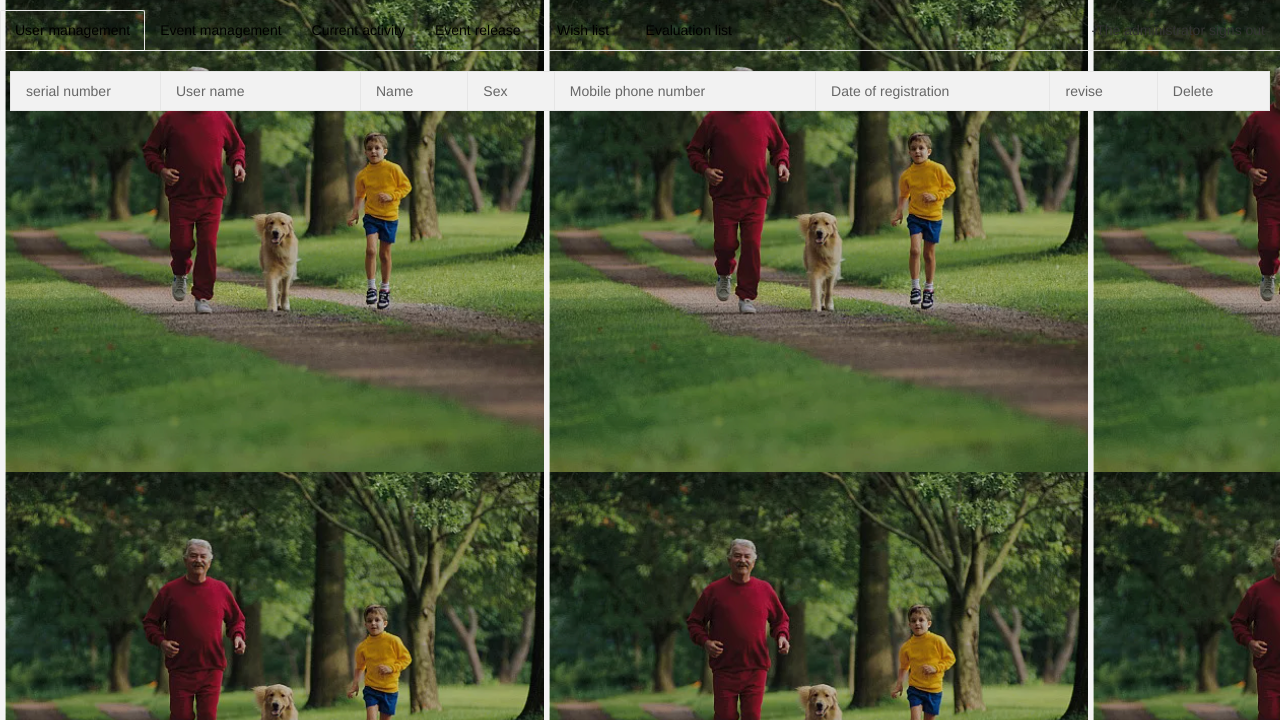
Repository: Zhnpitt/TOPY
Page: http://localhost/newtest/adminPage.jsp
These files come from the project's save history. The page is drawn as it stood at one moment and after the next save; the edit follows.
The browser window is 1280 px wide. The pictures show the whole page.
The page is served by Tomcat 9. Other server files are loaded and not shown. Queries for data that is not in the repository find no rows.

Above is the page before, as saved 2022-12-06 23:44:50.

### TOPY/newtest/WebContent/adminPage.jsp
<%@ page language="java" contentType="text/html; charset=UTF-8"
	pageEncoding="UTF-8"%>
<%@ page
	import="activityManagement.userModular.dao.UserDao,activityManagement.activityModular.dao.ActivityDao,activityManagement.activityModular.entity.Yuanwang,
activityManagement.activityModular.entity.Activity,activityManagement.userModular.entity.User, activityManagement.userModular.dao.YuanwangDao,
java.util.List,java.text.DateFormat,java.text.SimpleDateFormat,activityManagement.activityModular.entity.Defen,activityManagement.activityModular.dao.DefenDao"%>
<!DOCTYPE html>
<html>
<head>
<meta charset="utf-8">
<meta name="viewport" content="width=device-width, initial-scale=1">
<title>TOPY for Senior</title>
<link rel="stylesheet" href="layui/css/layui.css">

</head>
<%
	DateFormat df = new SimpleDateFormat("yyyy / MM / dd ");
%>
<body  background ="layui/img/img-04.png" >
	<script src="layui/layui.js"></script>
	<div class="layui-tab">
		<ul class="layui-tab-title">
			<li class="layui-this">User management</li>
			<li>Event management</li>
			<li>Current activity</li>
			<li>Event release</li>
			<li>Wish list</li>
			<li>Evaluation list</li>
			<li class="layui-nav-item layui-layout-right"><a
				href="${pageContext.request.contextPath}/logout">${sessionScope.loginUser.userName}-The administrator signs out</a></li>
		</ul>
		<div class="layui-tab-content">
			<div class="layui-tab-item layui-show">

				<table class="layui-table">
					<colgroup>
						<col width="150">
						<col width="200">
						<col>
					</colgroup>
					<thead>
						<tr>
							<th>serial number</th>
							<th>User name</th>
							<th>Name</th>
							<th>Sex</th>
							<th>Mobile phone number</th>
							<th>Date of registration</th>
							<th>revise</th>
							<th>Delete</th>
						</tr>
					</thead>
					<tbody>
						<%
							UserDao userDao = new UserDao();
							List<User> userList = userDao.queryAllList();
							for (int i = 0; i < userList.size(); i++) {
								User user = userList.get(i);
						%>
						<tr>
							<td><%=i + 1%></td>
							<td><%=user.getUserName()%></td>
							<td><%=user.getNickname()%></td>
							<td>
								<%
									if (user.getSex() != null) {
								%><%=user.getSex().equals("M") ? "M" : "F"%> <%
 	}
 %>
							</td>

							<td><%=user.getPhoneNum()%></td>
							<td>
								<%
									if (user.getRegisterDate() != null) {
								%><%=df.format(user.getRegisterDate())%> <%
 	}
 %>
							</td>
							<td><a
								href="${pageContext.request.contextPath}/userEdit.jsp?userId=<%=user.getId() %>"
								class="layui-btn layui-btn-sm layui-btn-radius">revise</a>
							<td><a
								href="${pageContext.request.contextPath}/deletUser?userId=<%=user.getId() %>"
								class="layui-btn layui-btn-sm layui-btn-radius">Delete</a></td>
							</td>
						</tr>
						<%
							}
						%>
					</tbody>
				</table>

			</div>

			<div class="layui-tab-item">
				<table class="layui-table">
					<colgroup>
						<col width="150">
						<col width="200">
						<col>
					</colgroup>
					<thead>
						<tr>
							<th>serial number</th>
							<th>Activity name</th>
							<th>Organizer</th>
							<th>Event participants</th>
							<th>Registration start time</th>
							<th>Registration close time</th>
							<th>The event start time</th>
							<th>The event end time</th>
							<th>Number of event registrations</th>
							<th>revise</th>
							<th>Delete</th>
						</tr>
					</thead>
					<tbody>


						<%
							ActivityDao activityDao = new ActivityDao();
							List<Activity> actList = activityDao.queryAllList();
							for (int i = 0; i < actList.size(); i++) {
								Activity act = actList.get(i);
						%>
						<tr>
							<td><%=i + 1%></td>
							<td><%=act.getActName()%></td>
							<td><%=act.getSponsor()%></td>
							<td><%=act.getCoOrganizer()%></td>
							<td><%=act.getSignUpStartDate() == null ? "" : df.format(act.getSignUpStartDate())%></td>
							<td><%=act.getSignUpEndDate() == null ? "" : df.format(act.getSignUpEndDate())%></td>
							<td><%=act.getActStartDate() == null ? "" : df.format(act.getActStartDate())%></td>
							<td><%=act.getActEndDate() == null ? "" : df.format(act.getActEndDate())%></td>
							<td align="center"> <a style="color:red"
								href="signUpDetail.jsp?id=<%=act.getId()%>"><%=activityDao.getSingUpNum(act.getId())%></a>
							</td>
							<td><a
								href="${pageContext.request.contextPath}/activityEdit.jsp?id=<%=act.getId()%>"
								class="layui-btn layui-btn-sm layui-btn-radius">revise</a>
							<td><a
								href="${pageContext.request.contextPath}/deletActivity?actId=<%=act.getId()%>"
								class="layui-btn layui-btn-sm layui-btn-radius">Delete</a></td>
							</td>
						</tr>
						<%
							}
						%>
					</tbody>
				</table>

			</div>
			<div class="layui-tab-item">
							<table>

							<%
									for (int i = 0; i < actList.size(); i++) {
											Activity act = actList.get(i);
								%>

					<tr>
						<td><img src="" width="0">&nbsp;&nbsp;</td>
						<td><%=act.getActName()%><br /> Organizer：<%=act.getSponsor()%><br />
							Event participants：<%=act.getCoOrganizer()%><br /> Registration Time ： <%=act.getSignUpStartDate() == null ? "" : df.format(act.getSignUpStartDate())%>&nbsp;—&nbsp;
							<%=act.getSignUpEndDate() == null ? "" : df.format(act.getSignUpEndDate())%><br />
							Event Time ： <%=act.getActStartDate() == null ? "" : df.format(act.getActStartDate())%>&nbsp;—&nbsp;
							<%=act.getActEndDate() == null ? "" : df.format(act.getActEndDate())%><br />
							<br /> <a
							href="${pageContext.request.contextPath}/activityDetail.jsp?id=<%=act.getId()%>"
							class="layui-btn layui-btn-sm layui-btn-radius">Event details</a><br />
						<br /></td>
					</tr>
					<tr>
						<td colspan="2"></td>
					</tr>
					<%
									}
								%>

				</table>

			</div>

			<div class="layui-tab-item">
				<%
					String actId = request.getParameter("id");
					Activity act = null;
					if (actId == null) {
						act = new Activity();
					} else {
						ActivityDao newActivityDao = new ActivityDao();
						act = activityDao.queryById(Integer.parseInt(actId));
					}
				%>

				<form class="layui-form" id="actForm"
					action="<%=request.getContextPath()%>/activityEdit" method="post"
					enctype="multipart/form-data">
					<input type="hidden" id="actId" name="actId" class="layui-input"
						value="<%=act.getId() != null ? act.getId() : ""%>" />


					<div class="layui-form-item">
						<label class="layui-form-label">Activity name</label>
						<div class="layui-input-inline">
							<input type="text"
								value="<%=act.getActName() != null ? act.getActName() : ""%>"
								name="actName" id="actName" required lay-verify="required"
								placeholder="activity name" autocomplete="off" class="layui-input">
						</div>
					</div>

					<div class="layui-form-item">
						<label class="layui-form-label">Organizer</label>
						<div class="layui-input-inline">
							<input type="text"
								value="<%=act.getSponsor() != null ? act.getSponsor() : ""%>"
								name="sponsor" id="sponsor" required lay-verify="required"
								placeholder="Organizer" autocomplete="off" class="layui-input">
						</div>
					</div>
					<div class="layui-form-item">
						<label class="layui-form-label">Number of people</label>
						<div class="layui-input-inline">
							<input type="text"
								value="10"
								name="count_tmp" id="count_tmp" required lay-verify="required"
								placeholder="Number of people" autocomplete="off" class="layui-input">
						</div>
					</div>
					<div class="layui-form-item">
						<label class="layui-form-label">Parties</label>
						<div class="layui-input-inline">
							<select name="coOrganizer">
								<option value="parent">parent</option>
								<option value="pets">pets</option>
							</select>
							<%-- <input type="text"
								value="<%=act.getCoOrganizer() != null ? act.getCoOrganizer() : ""%>"
								name="coOrganizer" id="coOrganizer" required
								lay-verify="required" placeholder="Event participants" autocomplete="off"
								class="layui-input"> --%>
						</div>
					</div>


					<div class="layui-form-item">
						<label class="layui-form-label">Registration start time</label>
						<div class="layui-input-inline">
							<input type="date"
								value="<%=act.getSignUpStartDate() != null ? df.format(act.getSignUpStartDate()) : ""%>"
								name="signUpStart" id="signUpStart" required
								lay-verify="required" autocomplete="off" class="layui-input">
						</div>
					</div>

					<div class="layui-form-item">
						<label class="layui-form-label">Registration close time</label>
						<div class="layui-input-inline">
							<input type="date"
								value="<%=act.getSignUpEndDate() != null ? df.format(act.getSignUpEndDate()) : ""%>"
								name="signUpEnd" id="signUpEnd" required lay-verify="required"
								autocomplete="off" class="layui-input">
						</div>
					</div>

					<div class="layui-form-item">
						<label class="layui-form-label">The event start time</label>
						<div class="layui-input-inline">
							<input type="date"
								value="<%=act.getActStartDate() != null ? df.format(act.getActStartDate()) : ""%>"
								name="actStart" id="actStart" required lay-verify="required"
								autocomplete="off" class="layui-input">
						</div>
					</div>

					<div class="layui-form-item">
						<label class="layui-form-label">The event end time</label>
						<div class="layui-input-inline">
							<input type="date"
								value="<%=act.getActEndDate() != null ? df.format(act.getActEndDate()) : ""%>"
								name="actEnd" id="actEnd" required lay-verify="required"
								autocomplete="off" class="layui-input">
						</div>
					</div>

					<div class="layui-form-item layui-form-text">
						<label class="layui-form-label">Event content</label>
						<div class="layui-input-block">
							<textarea name="actContent" placeholder="please write the content" class="layui-textarea"
								rows="5" form="actForm" name="actContent"></textarea>
						</div>
					</div>
					<div class="layui-form-item">
						<div class="layui-input-block">
							<button class="layui-btn" lay-submit lay-filter="formDemo">Submit</button>
							<button type="reset" class="layui-btn layui-btn-primary">Reset</button>

						</div>
					</div>
				</form>

				<script>
					//Demo
					layui.use('form', function() {
						var form = layui.form;

						//监听提交
						form.on('submit(formDemo)', function(data) {

							return;
						});
					});
				</script>
			</div>

			<div class="layui-tab-item">

				<table class="layui-table">
					<colgroup>
						<col width="150">
						<col width="200">
						<col>
					</colgroup>
					<thead>
						<tr>
							<th>serial number</th>
							<th>User type</th>
							<th>name</th>
							<th>Content</th>
						</tr>
					</thead>
					<tbody>
						<%
							YuanwangDao dao1 = new YuanwangDao();
							List<Yuanwang> userList1 = dao1.queryAllList();
							for (int i = 0; i < userList1.size(); i++) {
								System.out.print(userList1);
								Yuanwang yuanwang = userList1.get(i);
						%>
						<tr>
							<td><%=yuanwang.getSn()%></td>
							<td><%=yuanwang.getLeixing()%></td>
							<td><%=yuanwang.getName()%></td>
							<td><%=yuanwang.getContent()%></td>
						</tr>
						<%
							}
						%>
					</tbody>
				</table>

			</div>
			<div class="layui-tab-item">

				<table class="layui-table">
					<colgroup>
						<col width="150">
						<col width="200">
						<col>
					</colgroup>
					<thead>
						<tr>
							<th>Old man name</th>
							<th>The name of the activity</th>
							<th>Seniors score</th>
							<th>Activity evaluation</th>
							<th>Evaluators</th>
						</tr>
					</thead>
					<tbody>
						<%
						DefenDao dao12 = new DefenDao();
						List<Defen> deList = dao12.queryAllList();
						for (int i = 0; i < deList.size(); i++) {
							Defen act21 = deList.get(i);
					%><tr>
							<td><%=act21.getUserid()%></td>
							<td><%=act21.getActname()%></td>
							<td><%=act21.getFenshu()%></td>
							<td><%=act21.getType()%></td>
							<td><%=act21.getDafenren()%></td>
						</tr>
						<%
}
%>
					</tbody>
				</table>

			</div>

		</div>
	</div>

	<script>
		//注意：选项卡 依赖 element 模块，否则无法进行功能性操作
		layui.use('element', function() {
			var element = layui.element;

			//…
		});
	</script>
</body>
</html>

### TOPY/newtest/src/activityManagement/userModular/dao/UserDao.java
package activityManagement.userModular.dao;

import java.sql.Connection;
import java.sql.PreparedStatement;
import java.sql.ResultSet;
import java.sql.SQLException;
import java.sql.Timestamp;
import java.util.ArrayList;
import java.util.List;
import activityManagement.userModular.entity.User;
import connection.DBConnection;

public class UserDao {
	public User queryByUserId(Integer userId) {
		if (userId == null) {
			return null;
		}

		Connection conn = null;

		PreparedStatement ps = null;
		ResultSet rs = null;
		try {
			conn = DBConnection.getConnection();
			String sql = "select * from user where id = ?";
			ps = conn.prepareStatement(sql);
			ps.setInt(1, userId);
			rs = ps.executeQuery();
			if (rs.next() == false) {
				return null;
			}
			return resultSet2User(rs);

		} catch (ClassNotFoundException e) {
			e.printStackTrace();
		} catch (SQLException e) {
			e.printStackTrace();
		} finally {
			try {
				rs.close();
			} catch (SQLException e) {
				e.printStackTrace();
			}

			try {
				ps.close();
			} catch (SQLException e) {
				e.printStackTrace();
			}
		}
		return null;
	}

	public User queryByUserName(String userName) {
		if (userName == null) {
			return null;
		}
		System.out.printf(userName);
		Connection conn = null;
		PreparedStatement ps = null;
		ResultSet rs = null;
		try {
			conn = DBConnection.getConnection();
			String sql = "select * from user where user_name = ?";
			ps = conn.prepareStatement(sql);

			ps.setString(1, userName);
			rs = ps.executeQuery();
			if (rs.next() == false) {
				return null;
			}
			return resultSet2User(rs);
		} catch (ClassNotFoundException e) {
			e.printStackTrace();
		} catch (SQLException e) {
			e.printStackTrace();
		} finally {
			try {
				rs.close();
			} catch (SQLException e) {
				e.printStackTrace();
			}

			try {
				ps.close();
			} catch (SQLException e) {
				e.printStackTrace();
			}
		}

		return null;
	}

	private User resultSet2User(ResultSet rs) {
		User user = new User();
		try {
			user.setId(rs.getInt("id"));
			user.setUserName(rs.getString("user_name"));
			user.setPassword(rs.getString("password"));
			user.setNickname(rs.getString("nickname"));
			user.setRegisterDate(rs.getDate("register_date"));
			user.setSex(rs.getString("sex"));
			user.setPhoneNum(rs.getString("phone_num"));
			return user;
		} catch (SQLException e) {
			// TODO Auto-generated catch block e.printStackTrace();
		}
		return null;

	}

	public Boolean save(User user) {
		if (user == null) {
			return false;
		}

		Connection conn = null;
		PreparedStatement ps = null;
		try {
			conn = DBConnection.getConnection();
			String sql = "insert	into user(user_name,nickname,password,register_date,sex,phone_num) values(?,?,?,?,?,?)";
			ps = conn.prepareStatement(sql);
			ps.setString(1, user.getUserName());
			ps.setString(2, user.getNickname());
			ps.setString(3, user.getPassword());
			ps.setTimestamp(4, new Timestamp(user.getRegisterDate().getTime()));
			ps.setString(5, user.getSex());
			ps.setString(6, user.getPhoneNum());

			return ps.executeUpdate() > 0;
		} catch (ClassNotFoundException e) {
			e.printStackTrace();
		} catch (SQLException e) {
			e.printStackTrace();
		} finally {
			try {
				ps.close();
			} catch (SQLException e) {
				e.printStackTrace();
			}
		}

		return false;
	}

	public List<User> queryAllList() {

		Connection conn = null;
		PreparedStatement ps = null;
		ResultSet rs = null;
		try {
			conn = DBConnection.getConnection();
			String sql = "select * from user";
			ps = conn.prepareStatement(sql);
			rs = ps.executeQuery();

			User userTemp = null;
			List<User> userList = new ArrayList<User>();
			while (rs.next()) {
				userTemp = resultSet2User(rs);
				userList.add(userTemp);
			}
			return userList;

		} catch (ClassNotFoundException e) {
			e.printStackTrace();
		} catch (SQLException e) {
			e.printStackTrace();
		} finally {
			try {
				rs.close();
			} catch (SQLException e) {
				e.printStackTrace();
			}

			try {
				ps.close();
			} catch (SQLException e) {
				e.printStackTrace();
			}
		}
		return null;
	}

	public Boolean update(User user) {
		if (user == null) {
			return false;
		}

		Connection conn = null;
		PreparedStatement ps = null;

		try {

			conn = DBConnection.getConnection();
			String sql = "update	user	set user_name=?,nickname=?,password=?,sex=?,phone_num=? where id=?";
			ps = conn.prepareStatement(sql);
			ps.setString(1, user.getUserName());
			ps.setString(2, user.getNickname());
			ps.setString(3, user.getPassword());
			ps.setString(4, user.getSex());
			ps.setString(5, user.getPhoneNum());
			ps.setInt(6, user.getId());

			return ps.executeUpdate() > 0;
		} catch (ClassNotFoundException e) {
			e.printStackTrace();
		} catch (SQLException e) {
			e.printStackTrace();
		} finally {
			try {
				ps.close();
			} catch (SQLException e) {
				e.printStackTrace();
			}
		}
		return false;
	}
}

### TOPY/newtest/src/connection/DBConnection.java
package connection;
import java.sql.Connection;
import java.sql.DriverManager;
import java.sql.SQLException;

public class DBConnection {
		private static String driver = "com.mysql.cj.jdbc.Driver";
		private	static	String	url	= "jdbc:mysql://localhost:3306/activity?serverTimezone=GMT%2B8&useUnicode=true&characterEncoding=utf-8";
		private static String username = "root";
		private static String password = "Zhn122737l@";
		private static Connection conn = null;
		public static Connection getConnection() throws SQLException, ClassNotFoundException
		{
		if(conn == null || conn.isClosed()) {
			Class.forName(driver);
		conn = DriverManager.getConnection(url, username, password);
		}
		return conn;
		}
}

### TOPY/newtest/src/activityManagement/activityModular/entity/Activity.java
package activityManagement.activityModular.entity;

import java.util.Date;

public class Activity {
	private Integer id;
	private String actName;
	private String actPicture;
	private String sponsor;
	private String coOrganizer;
	private Date signUpStartDate;
	private Date signUpEndDate;
	private Date actStartDate;
	private Date actEndDate;
	private String actContent;
	String count_tmp;



	public String getCount_tmp() {
		return count_tmp;
	}

	public void setCount_tmp(String count_tmp) {
		this.count_tmp = count_tmp;
	}

	public Integer getId() {
		return id;
	}

	public void setId(Integer id) {
		this.id = id;
	}

	public String getActName() {
		return actName;
	}

	public void setActName(String actName) {
		this.actName = actName;
	}

	public String getActPicture() {
		return actPicture;
	}

	public void setActPicture(String actPicture) {
		this.actPicture = actPicture;
	}

	public String getSponsor() {
		return sponsor;
	}

	public void setSponsor(String sponsor) {
		this.sponsor = sponsor;
	}

	public String getCoOrganizer() {
		return coOrganizer;
	}

	public void setCoOrganizer(String coOrganizer) {
		this.coOrganizer = coOrganizer;
	}

	public Date getSignUpStartDate() {
		return signUpStartDate;
	}

	public void setSignUpStartDate(Date signUpStartDate) {
		this.signUpStartDate = signUpStartDate;
	}

	public Date getSignUpEndDate() {
		return signUpEndDate;
	}

	public void setSignUpEndDate(Date signUpEndDate) {
		this.signUpEndDate = signUpEndDate;
	}

	public Date getActStartDate() {
		return actStartDate;
	}

	public void setActStartDate(Date actStartDate) {
		this.actStartDate = actStartDate;
	}

	public Date getActEndDate() {
		return actEndDate;
	}

	public void setActEndDate(Date actEndDate) {
		this.actEndDate = actEndDate;
	}

	public String getActContent() {
		return actContent;
	}

	public void setActContent(String actContent) {
		this.actContent = actContent;
	}

}

### TOPY/newtest/src/activityManagement/userModular/dao/YuanwangDao.java
package activityManagement.userModular.dao;

import java.sql.Connection;
import java.sql.PreparedStatement;
import java.sql.ResultSet;
import java.sql.SQLException;
import java.util.ArrayList;
import java.util.List;

import activityManagement.activityModular.entity.Yuanwang;
import connection.DBConnection;

public class YuanwangDao {
	public List<Yuanwang> queryAllList() {
		Connection conn = null;
		PreparedStatement ps = null;
		ResultSet rs = null;
		try {
			conn = DBConnection.getConnection();
			String sql = "select * from yuanwang";
			ps = conn.prepareStatement(sql);
			rs = ps.executeQuery();

			Yuanwang temp = null;
			List<Yuanwang> actList = new ArrayList<Yuanwang>();
			while (rs.next()) {

				temp = resultSet2Activity(rs);
				actList.add(temp);
			}
			return actList;

		} catch (ClassNotFoundException e) {
			e.printStackTrace();
		} catch (SQLException e) {
			e.printStackTrace();
		} finally {
			try {
				if (rs != null) {
					rs.close();
				}
				if (ps != null) {
					ps.close();
				}
			} catch (SQLException e) {
				e.printStackTrace();
			}
		}
		return null;
	}

	private Yuanwang resultSet2Activity(ResultSet rs) {
		Yuanwang act = new Yuanwang();
		try {
			act.setSn(rs.getInt("sn"));
			act.setContent(rs.getString("content"));
			act.setLeixing(rs.getString("leixing"));
			act.setName(rs.getString("name"));

			return act;
		} catch (SQLException e) {
			e.printStackTrace();
		}
		return null;
	}

}

### TOPY/newtest/src/activityManagement/activityModular/dao/DefenDao.java
package activityManagement.activityModular.dao;

import java.sql.Connection;
import java.sql.PreparedStatement;
import java.sql.ResultSet;
import java.sql.SQLException;
import java.util.ArrayList;
import java.util.List;

import activityManagement.activityModular.entity.Activity;
import activityManagement.activityModular.entity.Defen;
import connection.DBConnection;

public class DefenDao {
	public List<Defen> queryAllList() {
			Connection conn = null;
		PreparedStatement ps = null;
		ResultSet rs = null;
		try {
			conn = DBConnection.getConnection();
			String sql = "select * from dafen";
			ps = conn.prepareStatement(sql);
			rs = ps.executeQuery();

			Defen temp = null;
			List<Defen> actList = new ArrayList<Defen>();
			while (rs.next()) {
				temp = resultSet2Activity(rs);
				actList.add(temp);
			}
			return actList;

		} catch (ClassNotFoundException e) {
			e.printStackTrace();
		} catch (SQLException e) {
			e.printStackTrace();
		} finally {
			try {
				if (rs != null) {
					rs.close();
				}
				if (ps != null) {
					ps.close();
				}
			} catch (SQLException e) {
				e.printStackTrace();
			}
		}
		return null;
	}

	private Defen resultSet2Activity(ResultSet rs) {
		Defen act = new Defen();
		try {
			act.setUserid(rs.getString("userid"));
			act.setActivity_id(rs.getString("activity_id"));
			act.setFenshu(rs.getString("fenshu"));
			act.setType(rs.getString("type"));
			act.setActname(rs.getString("actname"));
			act.setDafenren(rs.getString("dafenren"));
			return act;
		} catch (SQLException e) {
			e.printStackTrace();
		}
		return null;
	}

}

Loaded but not shown: TOPY/newtest/WebContent/layui/layui.js (library); TOPY/newtest/WebContent/layui/lay/modules/form.js (library); TOPY/newtest/WebContent/layui/lay/modules/element.js (library); TOPY/newtest/WebContent/layui/lay/modules/layer.js (library); TOPY/newtest/WebContent/layui/lay/modules/jquery.js (library); TOPY/newtest/WebContent/layui/css/modules/layer/default/layer.css (library); TOPY/newtest/WebContent/layui/css/layui.css (5273 lines, source omitted); TOPY/newtest/src/activityManagement/activityModular/dao/ActivityDao.java (552 lines, source omitted)

After the next save:
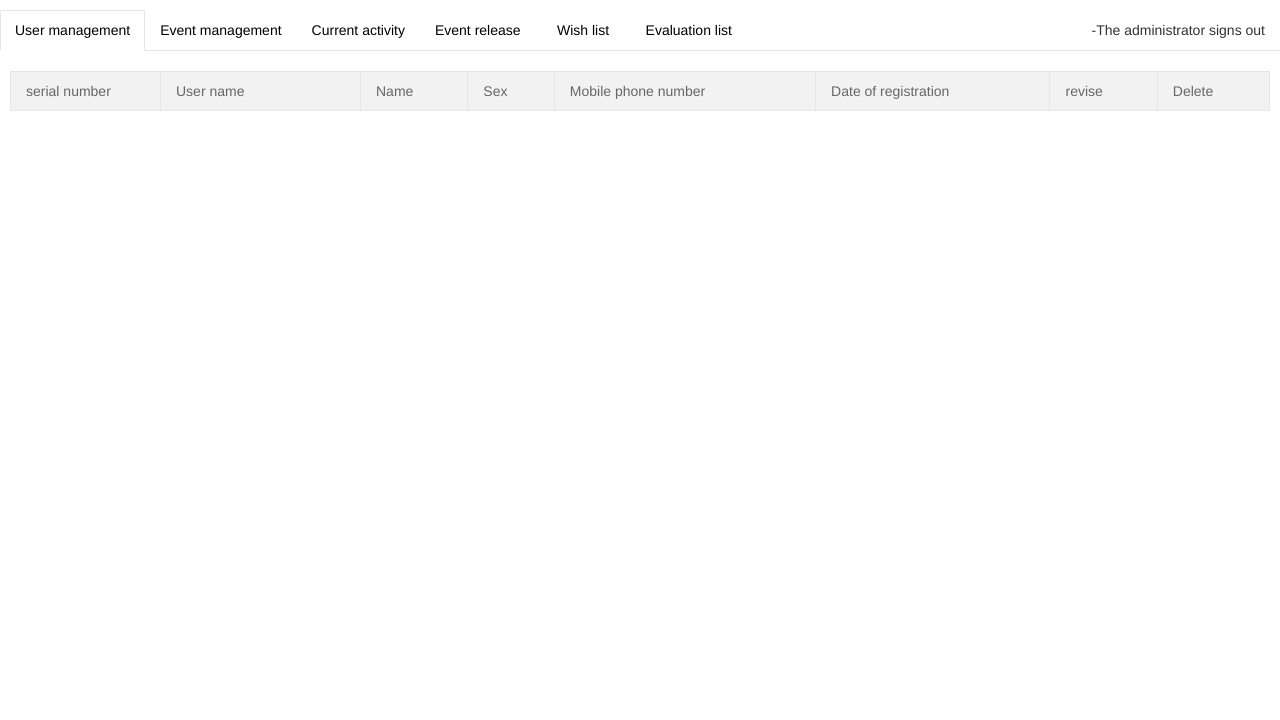
Saved 2 min 32 s later.
--- a/TOPY/newtest/WebContent/adminPage.jsp
+++ b/TOPY/newtest/WebContent/adminPage.jsp
@@ -16,7 +16,7 @@
 <%
 	DateFormat df = new SimpleDateFormat("yyyy / MM / dd ");
 %>
-<body  background ="layui/img/img-04.png" >
+<body style="background:layui/img/img-03.png no-repeat;">
 	<script src="layui/layui.js"></script>
 	<div class="layui-tab">
 		<ul class="layui-tab-title">
